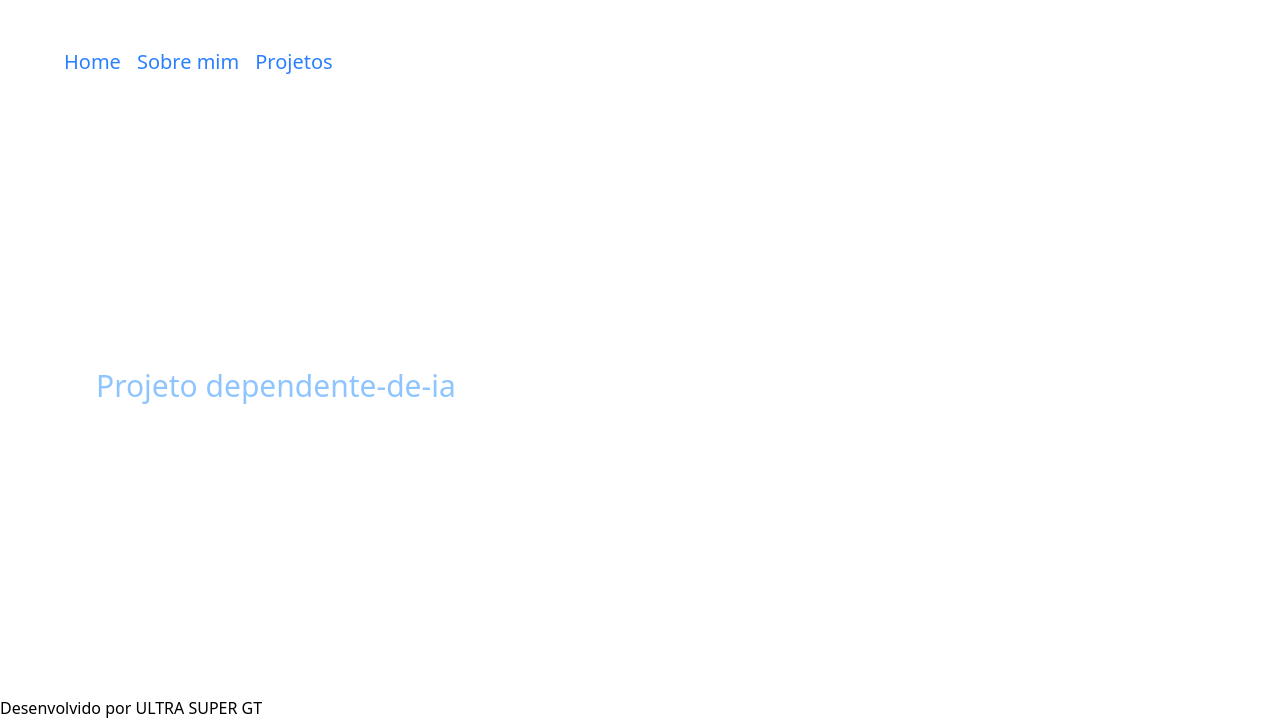
Repository: SUPER-ULTRA-GT/arquitetura
Page: /projects/1/dependente-de-ia
The author's editor kept a copy of each file at every save. The page is drawn from the files as they stood at one save, then again after a run of saves.
The browser window is 1280 px wide. The pictures show the whole page.
The project was rebuilt for these pictures with package versions that can differ from the ones it lists, and the page was loaded fresh each time. Also part of the build but not shown: vite.config.js, src/pages/Home/index.jsx, src/pages/NotFound/index.jsx, src/pages/AboutMe/index.jsx, src/pages/Projects/index.jsx.

Above is the page before, as saved 2025-05-22 11:21:50.

### src/App.jsx
import Paths from "./routes/Paths";

const App = () => {
  return (
    <Paths />
    );
}

export default App;

### src/routes/Paths/index.jsx
import { BrowserRouter, Route, Routes } from "react-router-dom";
import Home from "../../pages/Home";
import NotFound from "../../pages/NotFound";
import AboutMe from "../../pages/AboutMe";
import Projects from "../../pages/Projects";
import SiteLayout from "../../SiteLayout";
import Project from "../../pages/Projects/Project";

const Paths = () => {
    return (
        <BrowserRouter>
            <Routes>
                <Route path="/" element={<SiteLayout />}>
                    <Route index element={<Home />} />
                    <Route path="/aboutme" element={<AboutMe />} />
                    <Route path="/projects" element={<Projects />} />
                    <Route path="projects/:id/:name" element={<Project />} />
                </Route>
                <Route path="*" element={<NotFound />} />
            </Routes>
        </BrowserRouter>
    );
}

export default Paths;

### src/SiteLayout/index.jsx
import { Outlet } from "react-router-dom";
import Header from "../components/Header";
import Footer from "../components/Footer";

const SiteLayout = () => {
    return (
        <div className="flex flex-col justify-between h-screen">
        <Header />
        <Outlet />
        <Footer />
        </div>
     );
}

export default SiteLayout;

### src/pages/Projects/Project/index.jsx
import { useParams } from "react-router-dom";
import LayoutProject from "../../../components/LayoutProject";

const Project = () => {
    const { name } = useParams()

    return (
        <>
        <LayoutProject>
        <h1>Projeto {name}</h1>

        </LayoutProject>
        </>
     );
}

export default Project;

### src/components/Header/index.jsx
import { Link, NavLink } from "react-router-dom";

const Header = () => {
    return (
        <div className="flex gap-4 mt-12 ml-16 text-xl">
            <NavLink to="/" className="text-blue-500 hover:underline">Home</NavLink>
            <NavLink to="/aboutme" className="text-blue-500 hover:underline">Sobre mim</NavLink>
            <NavLink to="/projects" className="text-blue-500 hover:underline">Projetos</NavLink>
        </div>
     );
}

export default Header;

### src/components/Footer/index.jsx
const Footer = () => {
    return (
        <footer>
            Desenvolvido por ULTRA SUPER GT
        </footer>
     );
}

export default Footer;

### src/components/LayoutProject/index.jsx
const LayoutProject = ({ children }) => {
    return (
        <section className="py-12 px-24 text-3xl text-blue-300">
            {children}
        </section>
     );
}

export default LayoutProject;

### src/components/Description/index.jsx
const Description = ({ texto }) => {
    return (
        <p className="text-red-600">
            {texto}
        </p>
     );
}

export default Description;

Loaded but not shown: index.html (common file); src/main.jsx (common file); src/global.css (common file)

After the next 8 saves:
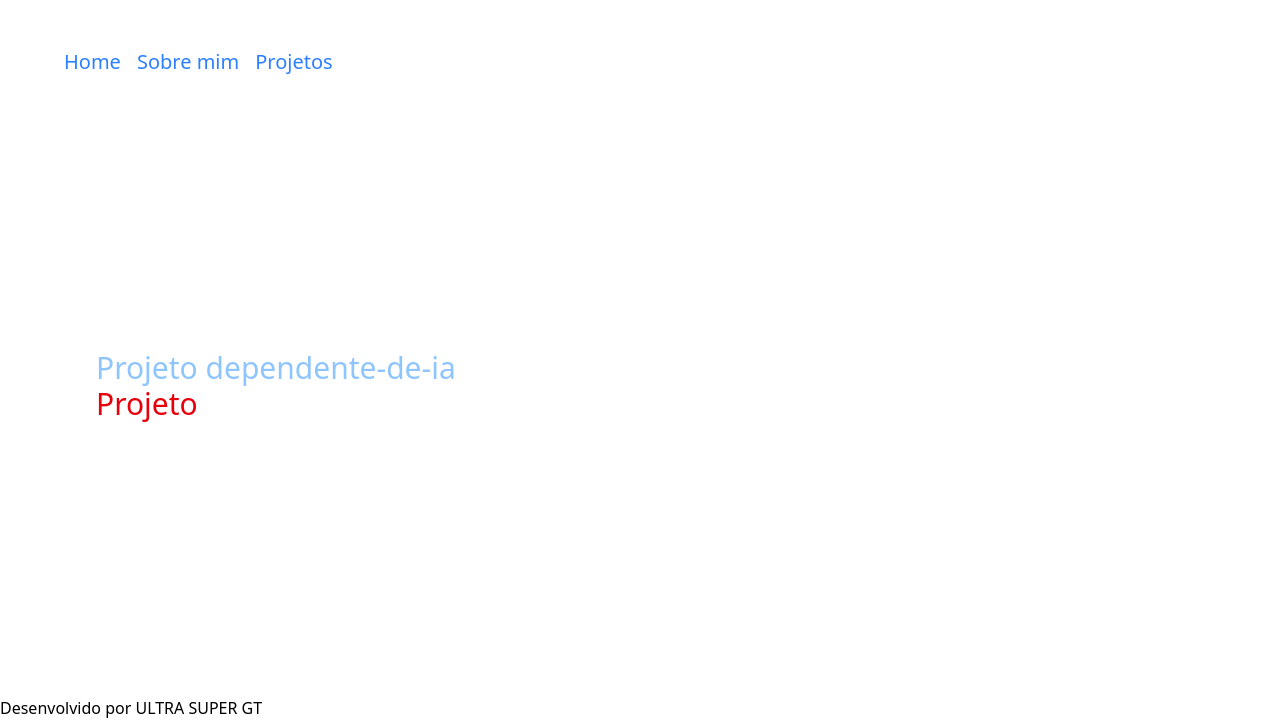
The 8 saves are shown as one change because 2 did not build or start and some came seconds apart.
The last was saved 26 s later.
--- a/src/pages/Projects/Project/index.jsx
+++ b/src/pages/Projects/Project/index.jsx
@@ -1,5 +1,6 @@
 import { useParams } from "react-router-dom";
 import LayoutProject from "../../../components/LayoutProject";
+import Description from "../../../components/Description";
 
 const Project = () => {
     const { name } = useParams()
@@ -8,7 +9,7 @@ const Project = () => {
         <>
         <LayoutProject>
         <h1>Projeto {name}</h1>
-
+        <Description texto="Projeto "/>
         </LayoutProject>
         </>
      );
